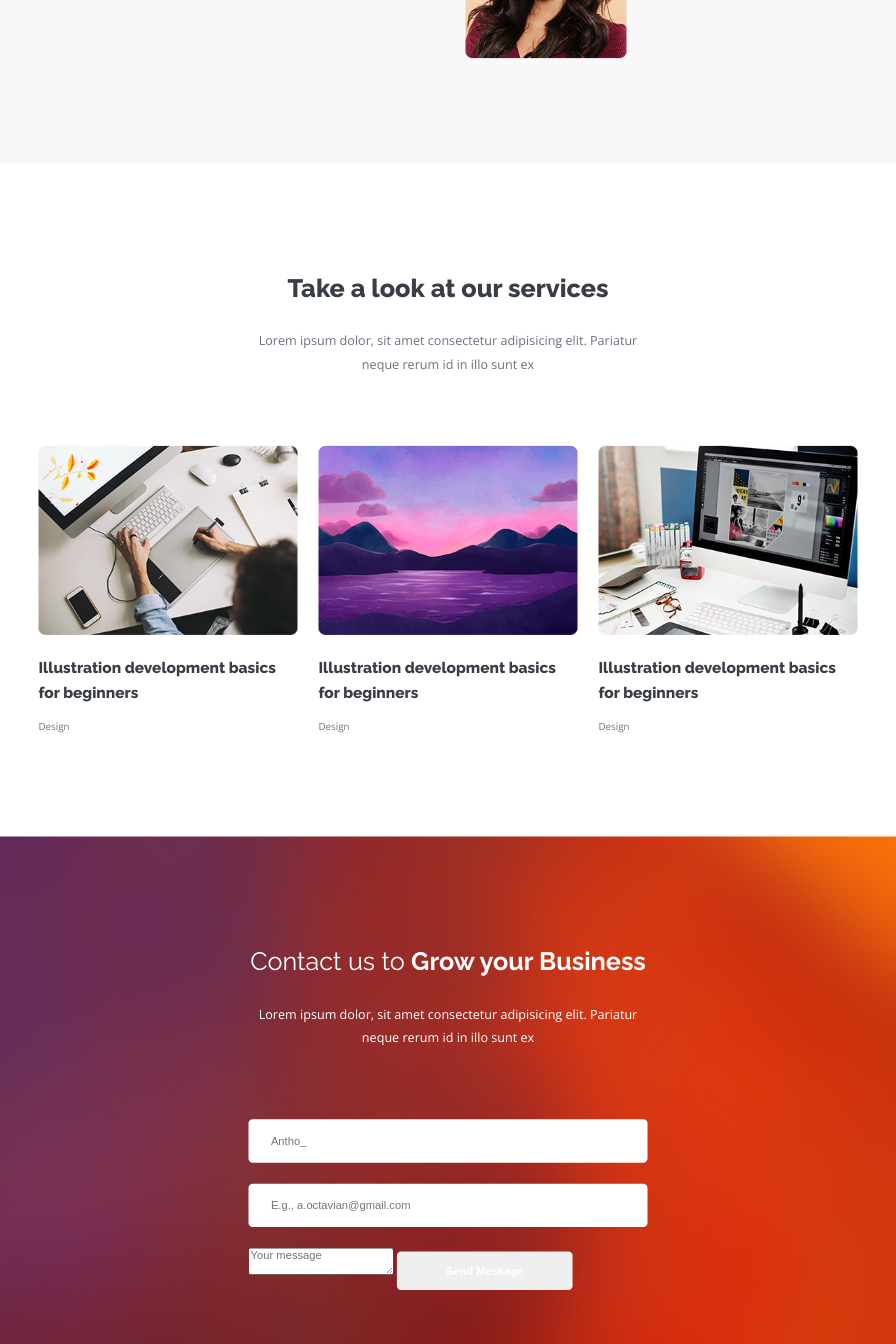
Repository: huydev0401/octavian-1
Page: index.html
These files come from the project's save history. The page is drawn as it stood at one moment and after the next save; the edit follows.
The browser window is 1280 px wide. The pictures show the part of the page from y = 4580 to 6500 px (the page is 6573 px tall before and 6674 px after), at 70% of full size.
The style sheet was rebuilt from its Sass, Less or Tailwind sources for each picture, by a compiler version that may differ from the author's.

Above is the page before, as saved 2021-09-02 15:33:19.

After the next save:
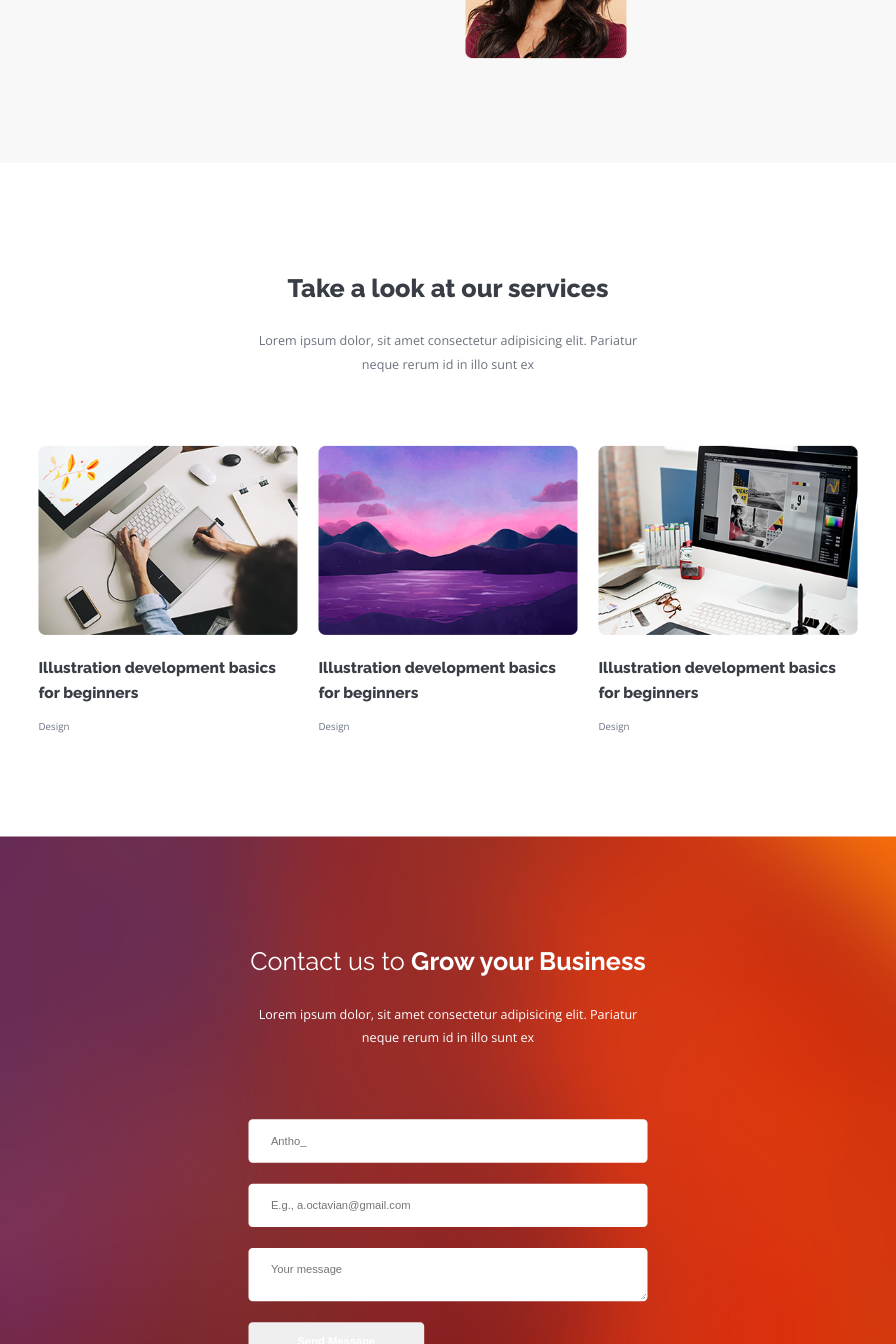
Saved 5 s later.
--- a/scss/_contact.scss
+++ b/scss/_contact.scss
@@ -19,7 +19,7 @@
   &-desc {
     color: #fff;
   }
-  .contact-input {
+  .contact-filed {
     outline: none;
     padding: 20px 30px;
     margin-bottom: 30px;
